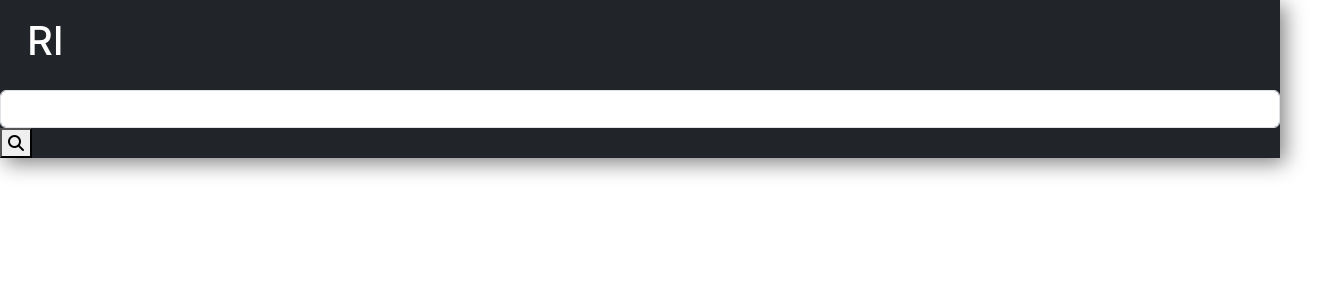
Repository: KodandaraoChellapilli/e-store
Page: /
These files come from the project's save history. The page is drawn as it stood at one moment and after the next save; the edit follows.
The browser window is 1280 px wide. The page is 1318 px wide, so the pictures cover 1318 px, including what lies to the right of the window. The pictures show the whole page.
The project was rebuilt for these pictures with package versions that can differ from the ones it lists, and the page was loaded fresh each time.

Above is the page before, as saved 2025-06-04 12:18:48.

After the next save:
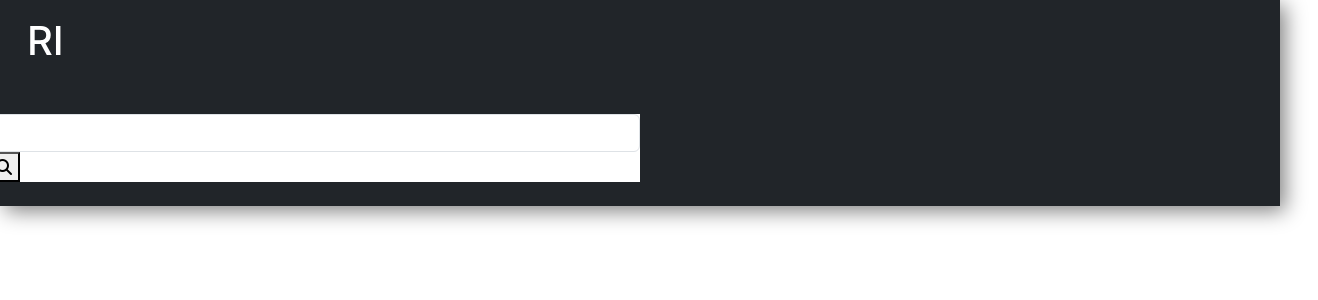
Saved 65 s later.
--- a/src/App.js
+++ b/src/App.js
@@ -10,7 +10,7 @@ function App() {
             <h1>RI</h1>
           </div>
 
-          <div className='inp-container'>
+          <div className='inp-container p-0 my-4 w-50 h-25 bg-white'>
             <input className= 'form-control' />
             <button><i className='fa fa-search'/> </button>
 
